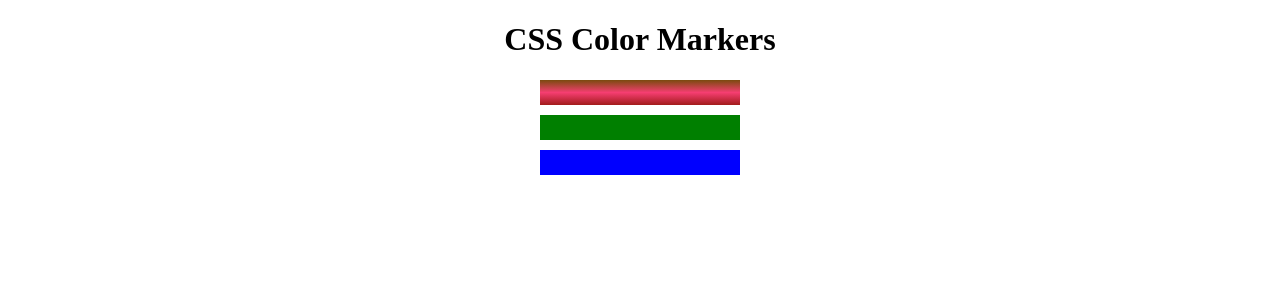
Repository: AimenDje/ColoredMarkers
Page: index.html
The author's editor kept a copy of each file at every save. The page is drawn from the files as they stood at one save, then again after the next save.
The browser window is 1280 px wide. The pictures show the whole page.

Above is the page before, as saved 2025-05-09 01:43:00.

After the next save:
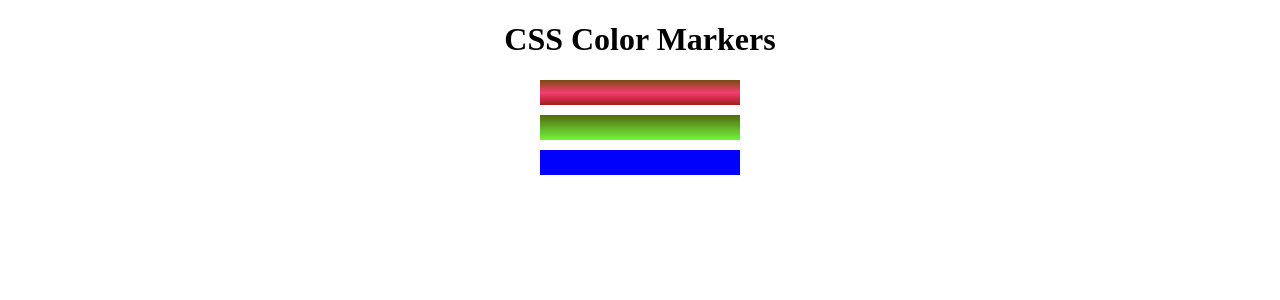
Saved 2 min 10 s later.
--- a/styles.css
+++ b/styles.css
@@ -13,7 +13,7 @@
 }
 
 .green {
-  background: #007F00;
+  background: linear-gradient(180deg, #55680D, #71F53E);
 }
 
 .blue {
